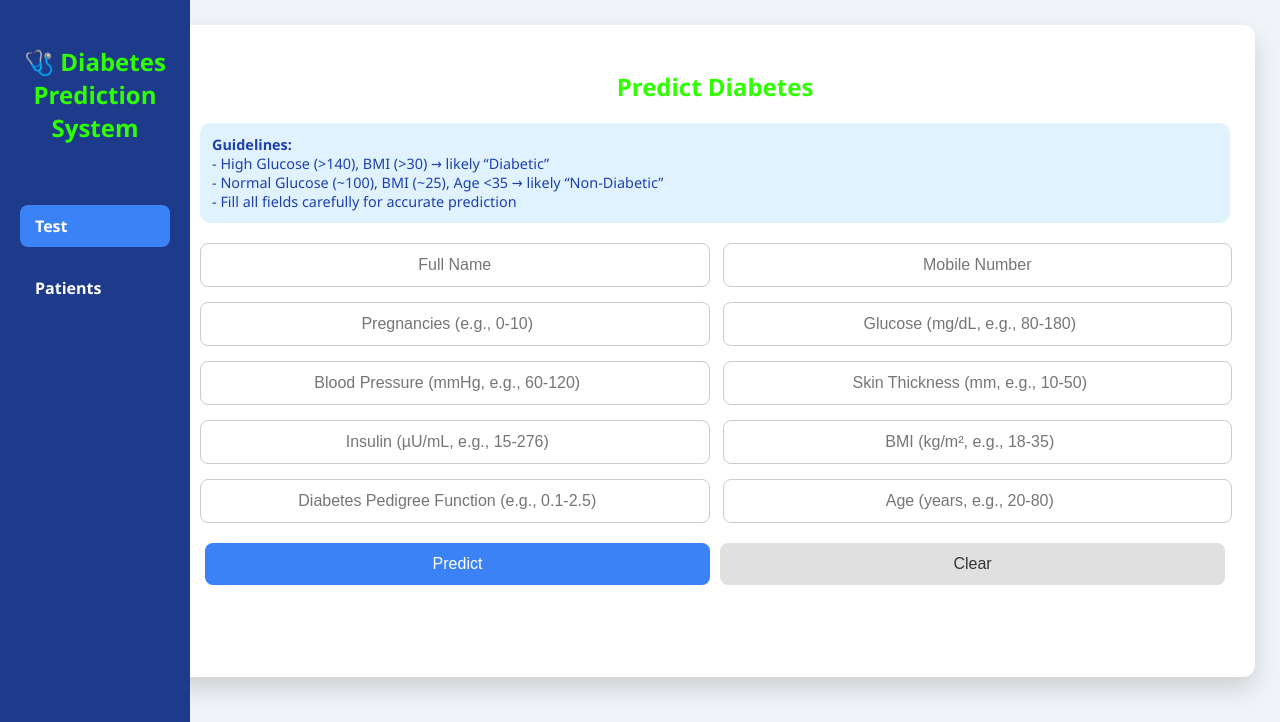
Repository: Aman14150/diabetes-prediction-system
Page: http://localhost/
These files come from the project's save history. The page is drawn as it stood at one moment and after the next save; the edit follows.
The browser window is 1280 px wide. The pictures show the whole page.
The page is served by the project's application, run on Flask 3 (app.py).

Above is the page before, as saved 2025-10-07 20:16:36.

After the next save:
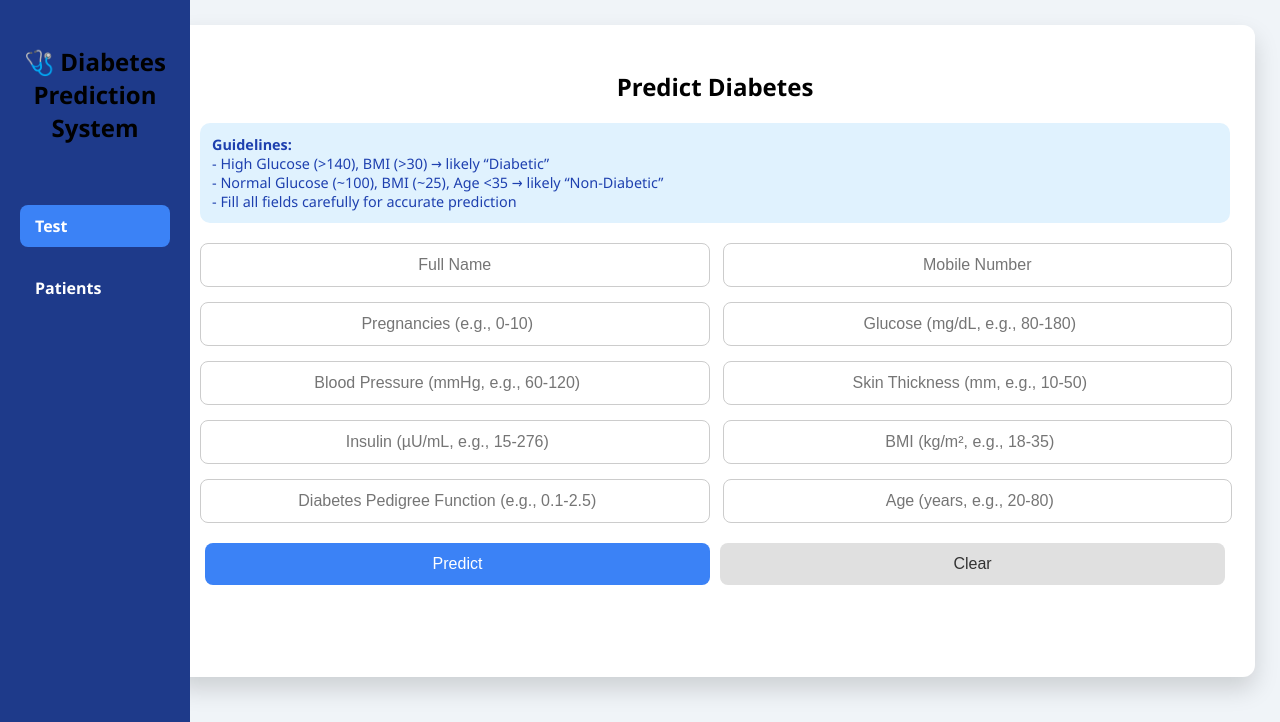
Saved 9 s later.
--- a/static/style.css
+++ b/static/style.css
@@ -77,7 +77,7 @@ body {
 
 h2 {
     text-align: center;
-    color: #2fff00;
+    color: #000000;
 }
 
 
